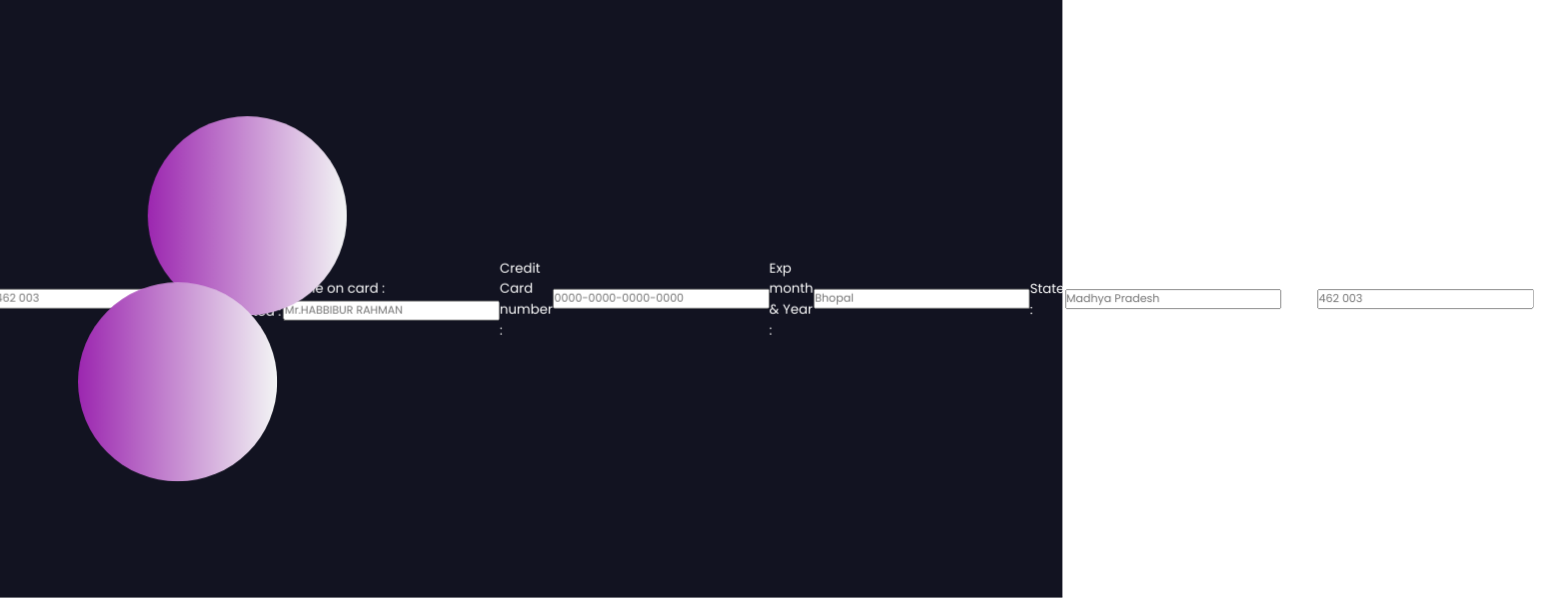
Repository: Habeebur1493/-002-Prompt
Page: index.html
The author's editor kept a copy of each file at every save. The page is drawn from the files as they stood at one save, then again after a run of saves.
The browser window is 1280 px wide. The page is 1848 px wide, then 1868 px, so the pictures cover 1868 px, including what lies to the right of the window. The pictures show the whole page, at 83% of full size.

Above is the page before, as saved 2024-09-11 00:26:36.

After the next 2 saves:
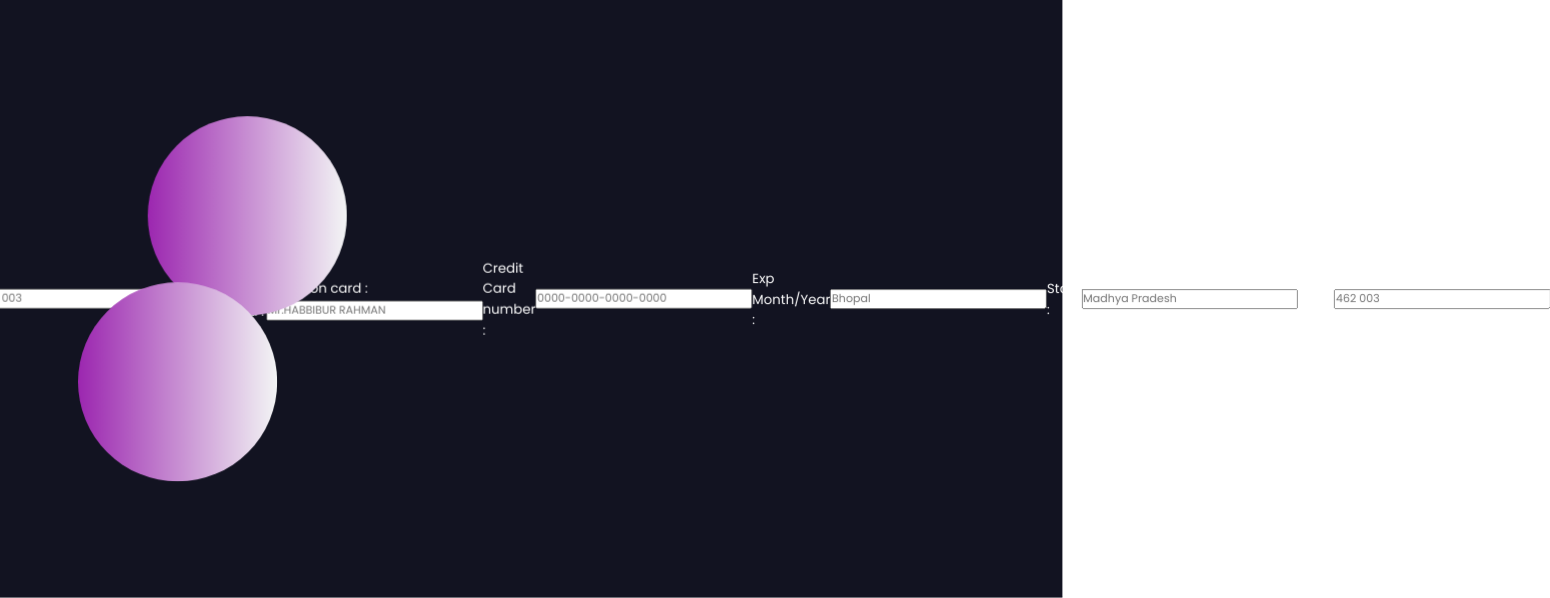
The 2 saves are shown as one change because they came seconds apart.
The last was saved 11 s later.
--- a/index.html
+++ b/index.html
@@ -90,7 +90,7 @@
                         <input type="number" placeholder="0000-0000-0000-0000">
                     </div>
                     <div class="inputbox"></div>
-                        <span>Exp month & Year :</span>
+                        <span>Exp Month/Year :</span>
                         <input type="text" placeholder="Bhopal">
                     </div>
                     <div class="inputbox"></div>
